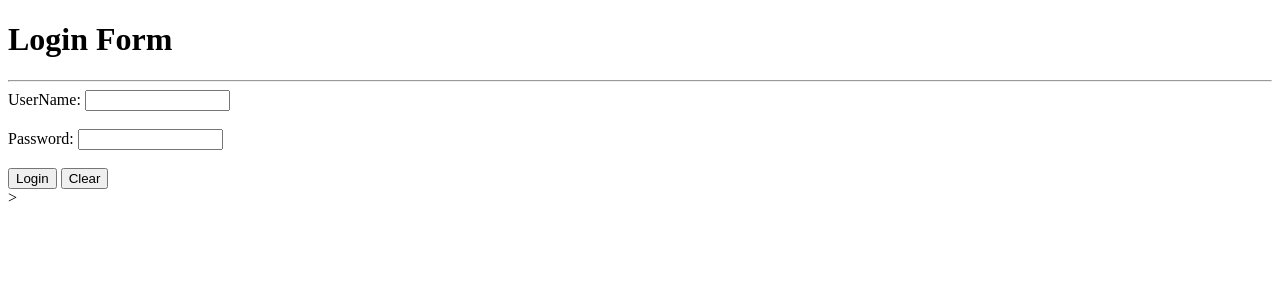
Repository: BinduRavulakolu/Day10
Page: LoginApp/WebContent/registration.html
An editor plug-in stored every save of this project. The page is shown before and after the next save, followed by the edit.
The browser window is 1280 px wide. The pictures show the whole page.

Above is the page before, as saved 2018-09-05 10:20:03.

### LoginApp/WebContent/registration.html
<!DOCTYPE html>
<html>
<head>
<meta charset="ISO-8859-1">
<title>Registration Page</title>
</head>
<body>
<h1>Login Form</h1>
<hr>
<form action="login" method="post">
<label>UserName: </label>
<input type="text" name="username" size="15"/>
<br><br>
<label>Password: </label>
<input type="password" name="password" size="15">
<br><br>
<input type="submit" value="Login"/>
<input type="reset" value="Clear">
</form>>
</body>
</html>

After the next save:
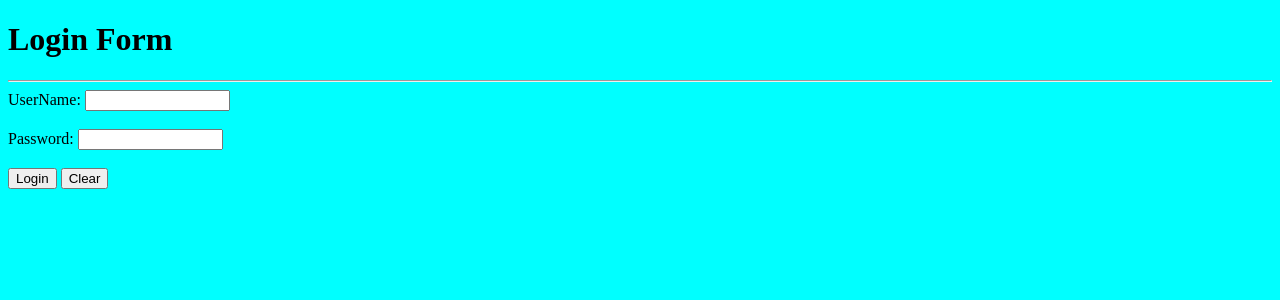
Saved 86 s later.
--- a/LoginApp/WebContent/registration.html
+++ b/LoginApp/WebContent/registration.html
@@ -4,10 +4,10 @@
 <meta charset="ISO-8859-1">
 <title>Registration Page</title>
 </head>
-<body>
+<body bgcolor="cyan">
 <h1>Login Form</h1>
 <hr>
-<form action="login" method="post">
+<form action="register" method="post">
 <label>UserName: </label>
 <input type="text" name="username" size="15"/>
 <br><br>
@@ -16,6 +16,7 @@
 <br><br>
 <input type="submit" value="Login"/>
 <input type="reset" value="Clear">
-</form>>
+</form>
+
 </body>
 </html>
